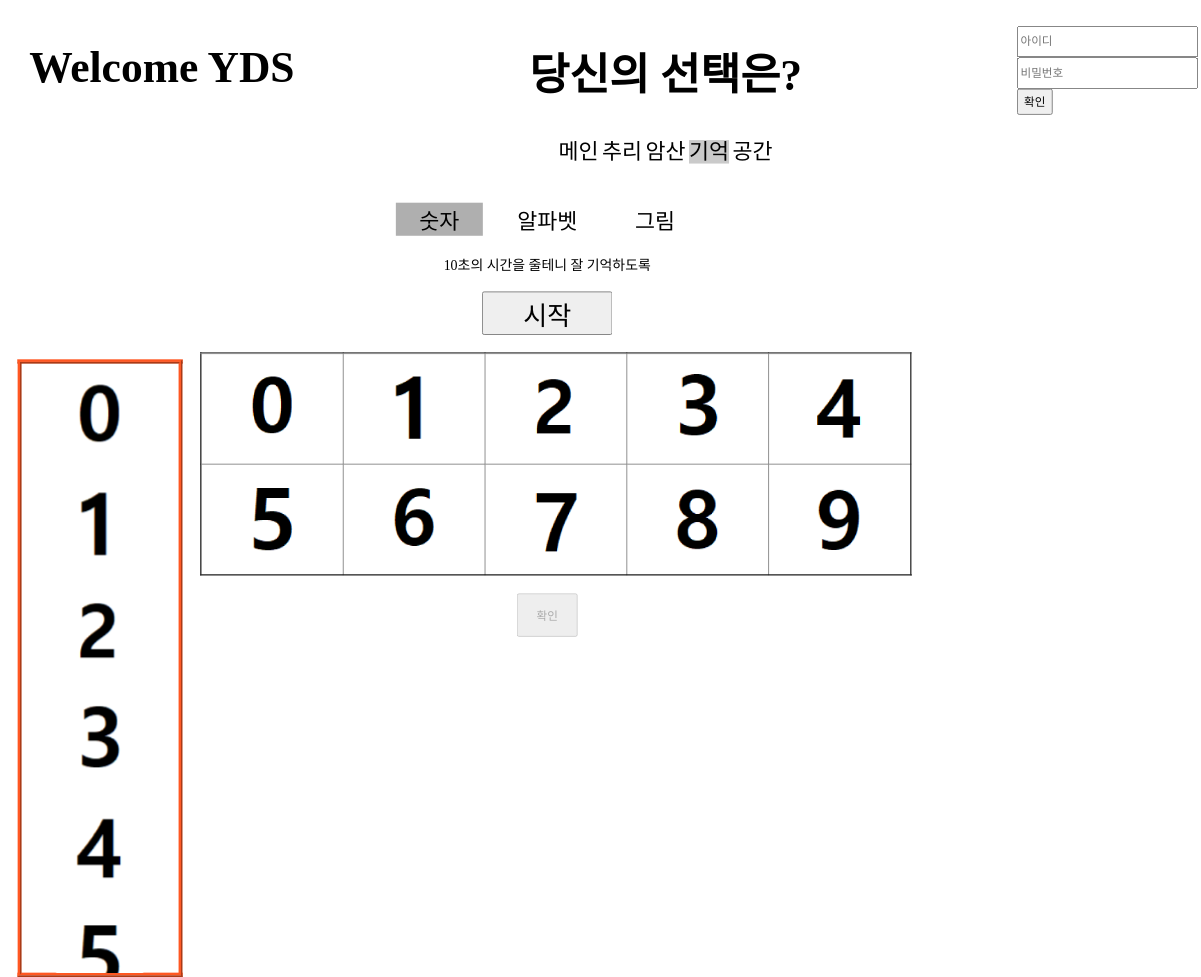
Repository: ejrtn/springbootMaven
Page: deoksu/src/main/resources/static/memorization.html
These files come from the project's save history. The page is drawn as it stood at one moment and after the next save; the edit follows.
The browser window is 1280 px wide. The page is 1380 px wide, then 1280 px, so the pictures cover 1380 px, including what lies to the right of the window. The pictures show the whole page, at 87% of full size.
Some web libraries are served in a nearby version.

Above is the page before, as saved 2021-04-10 13:41:27.

After the next save:
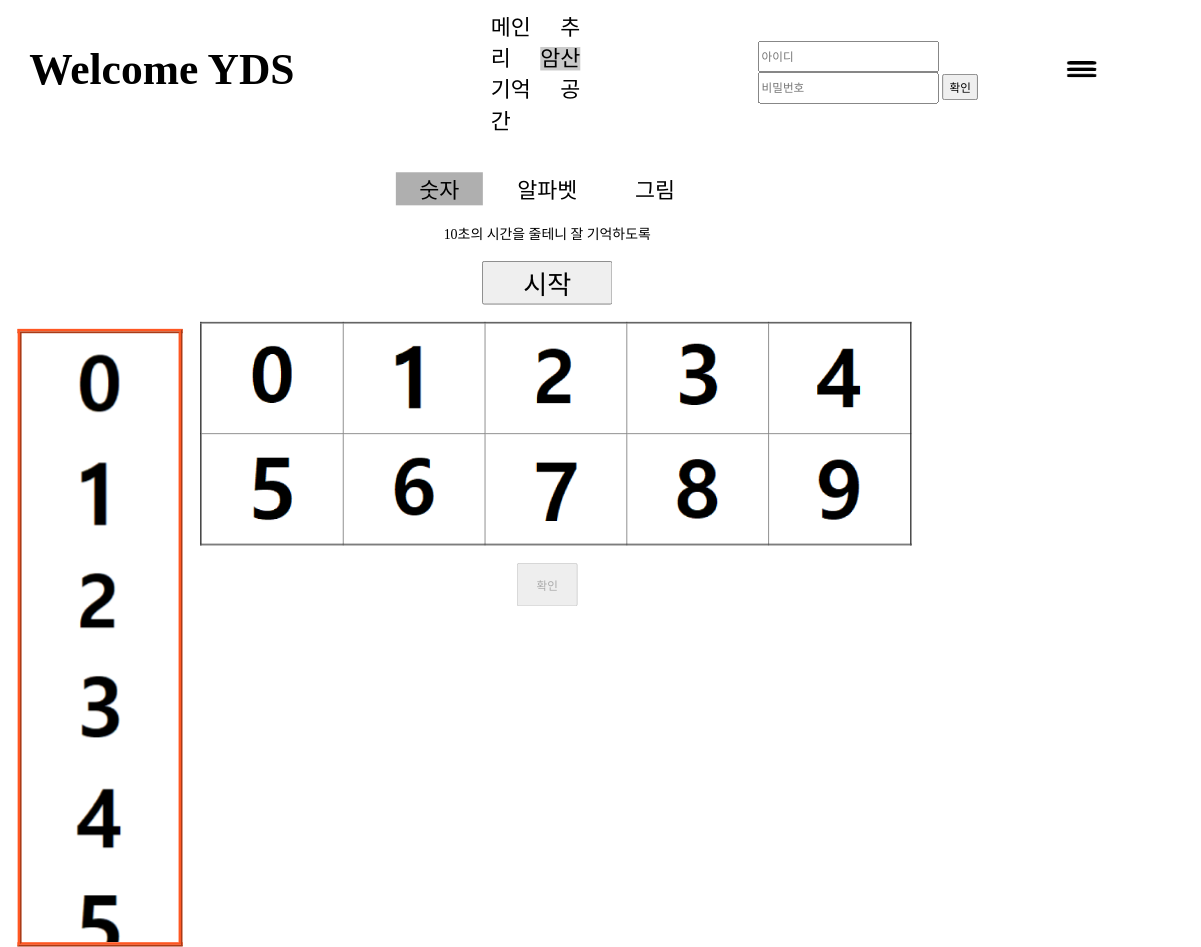
Saved 91 s later.
--- a/deoksu/src/main/resources/static/memorization.html
+++ b/deoksu/src/main/resources/static/memorization.html
@@ -230,27 +230,23 @@
 		<table>
 			<tr>
 				<td>
-					<h1 align="center" style="font-size: 50px; width: 350px; height:66px;">Welcome YDS</h1>
-				</td>
-				<td>
-					<h1 align="center"  style="font-size: 50px; width: 400px; margin-left: 200px; margin-right: 200px;">당신의 선택은?</h1>
-				</td>
-				<td>
+					<h1 align="center" style="font-size: 50px; width: 350px; height:66px; cursor: pointer;" onclick="location.href='/'">Welcome YDS</h1>
+				</td>
+				<td style="padding-left: 200px; padding-right: 100px;">
+					<label style="font-size: 25px; cursor: pointer; margin-right: 30px;" onclick="location.href='/'">메인</label>
+					<label style="font-size: 25px; cursor: pointer; margin-right: 30px;" onclick="location.href='sudoku'">추리</label>
+					<label style="font-size: 25px; cursor: pointer; margin-right: 30px; background-color: #9e9e9e8c;" onclick="location.href='math'">암산</label>
+					<label style="font-size: 25px; cursor: pointer; margin-right: 30px;" onclick="location.href='memorization'">기억</label>
+					<label style="font-size: 25px; cursor: pointer; margin-right: 30px;" onclick="location.href='space'">공간</label>
+				</td>
+				<td style="padding-left: 50px;">
 					<input type="text" placeholder="아이디" style="height: 30px; width: 200px;">
 					<input type="password" placeholder="비밀번호" style="height: 30px; width: 200px;">
 					<input type="button" value="확인" style="height: 30px;">
 				</td>
-			</tr>
-			<tr align="center">
-				<td></td>
-				<td>
-					<label style="font-size: 25px; cursor: pointer;" onclick="location.href='/'">메인</label>
-					<label style="font-size: 25px; cursor: pointer;" onclick="location.href='sudoku'">추리</label>
-					<label style="font-size: 25px; cursor: pointer;" onclick="location.href='math'">암산</label>
-					<label style="font-size: 25px; cursor: pointer; background-color: #9e9e9e8c;" onclick="location.href='memorization'">기억</label>
-					<label style="font-size: 25px; cursor: pointer;" onclick="location.href='space'">공간</label>
-				</td>
-				<td></td>
+				<td style="padding-left: 50px;">
+					<img src="images/main_img/menu.png" style="width: 50px; height: 50px; margin-left: 10px;">
+				</td>
 			</tr>
 		</table>
 	</div>
